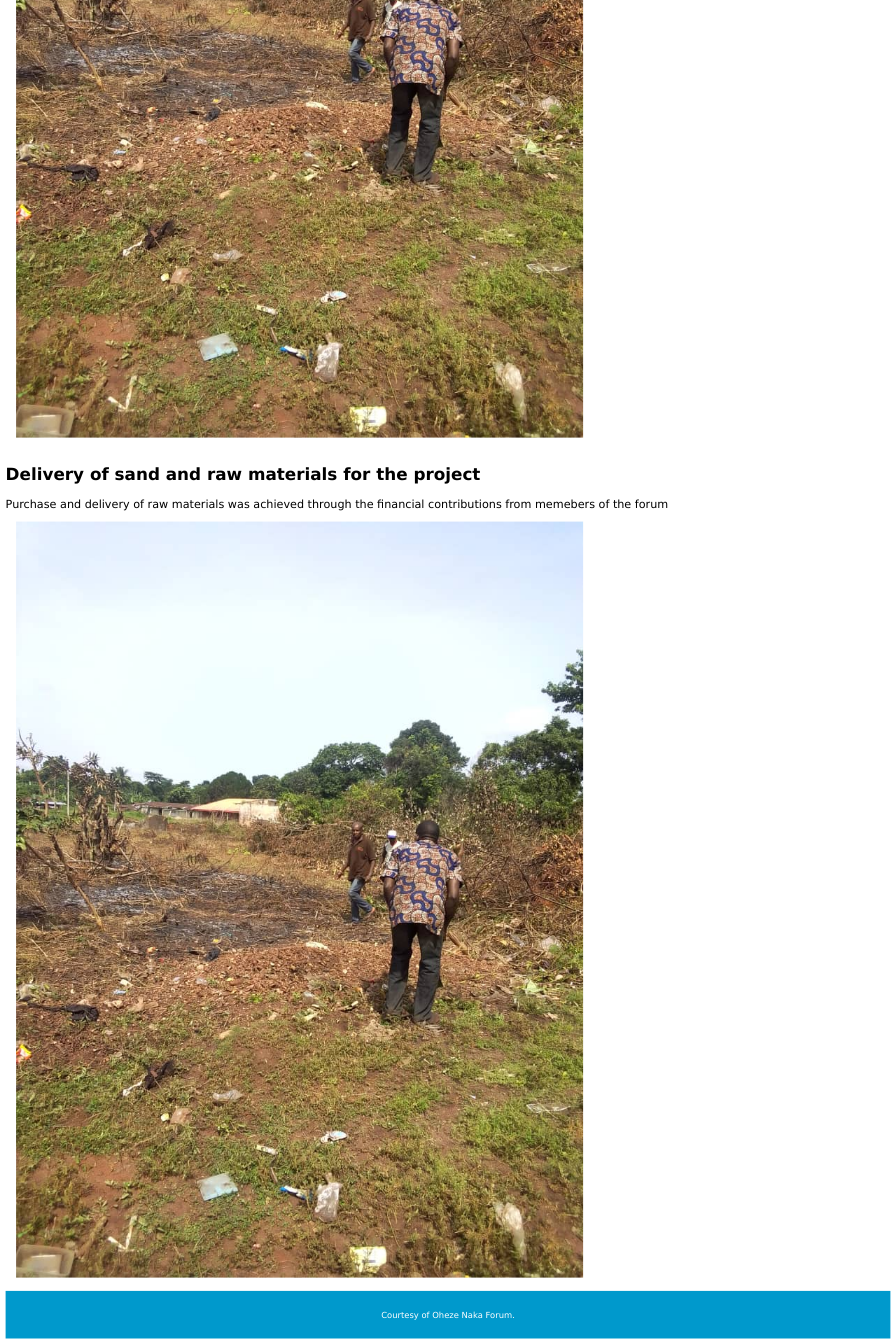
Repository: OtasowieRotimiOsifo/oheze-naka-forum
Page: projects_update_info.html
An editor plug-in stored every save of this project. The page is shown before and after the next save, followed by the edit.
The browser window is 1280 px wide. The pictures show the part of the page from y = 863 to 2783 px (the page is 2783 px tall), at 70% of full size.

Above is the page before, as saved 2021-07-23 23:39:50.

### projects_update_info.html
<!DOCTYPE html>
<html lang="en">

<meta name="viewport" content="width=device-width, initial-scale=1.0">
<style>
* {
  box-sizing: border-box;
}

.row::after {
  content: "";
  clear: both;
  display: table;
}

[class*="col-"] {
  float: left;
  padding: 15px;
}

html {
  font-family: "Lucida Sans", sans-serif;
}

.header {
  background-color: #9933cc;
  color: #ffffff;
  padding: 15px;
}

.menu ul {
  list-style-type: none;
  margin: 0;
  padding: 0;
}

.menu li {
  padding: 8px;
  margin-bottom: 7px;
  background-color: #33b5e5;
  color: #ffffff;
  box-shadow: 0 1px 3px rgba(0,0,0,0.12), 0 1px 2px rgba(0,0,0,0.24);
}

.menu li:hover {
  background-color: #0099cc;
}

.aside {
  background-color: #4E38A9;
  padding: 15px;
  color: #ffffff;
  text-align: center;
  font-size: 14px;
  box-shadow: 0 1px 3px rgba(0,0,0,0.12), 0 1px 2px rgba(0,0,0,0.24);
}

.footer {
  background-color: #0099cc;
  color: #ffffff;
  text-align: center;
  font-size: 12px;
  padding: 15px;
}

/* For mobile phones: */
[class*="col-"] {
  width: 100%;
}

@media only screen and (min-width: 600px) {
  /* For tablets: */
  .col-s-1 {width: 8.33%;}
  .col-s-2 {width: 16.66%;}
  .col-s-3 {width: 25%;}
  .col-s-4 {width: 33.33%;}
  .col-s-5 {width: 41.66%;}
  .col-s-6 {width: 50%;}
  .col-s-7 {width: 58.33%;}
  .col-s-8 {width: 66.66%;}
  .col-s-9 {width: 75%;}
  .col-s-10 {width: 83.33%;}
  .col-s-11 {width: 91.66%;}
  .col-s-12 {width: 100%;}
}
@media only screen and (min-width: 768px) {
  /* For desktop: */
  .col-1 {width: 8.33%;}
  .col-2 {width: 16.66%;}
  .col-3 {width: 25%;}
  .col-4 {width: 33.33%;}
  .col-5 {width: 41.66%;}
  .col-6 {width: 50%;}
  .col-7 {width: 58.33%;}
  .col-8 {width: 66.66%;}
  .col-9 {width: 75%;}
  .col-10 {width: 83.33%;}
  .col-11 {width: 91.66%;}
  .col-12 {width: 100%;}
}
</style>
<head>
<title> Project Updates </title>
</head>
<body>

<div class="header">
  <h1>Project Updates</h1>
</div>
<div class="row">
  <h2>Primary School Renovation Project</h2>
  <div class="col-8 col-s-9">

      <ul>
        <li>Preparation of land for the construction of a new block of three classrooms</li>
        <li>Purchase of building materials for the construction project</li>
        <li>Moulding of blocks that will be used for the construction</li>
      </ul>
    </div>
  </div>
  <div class="row">
    <h2>Land Preparation</h2>
    <span>Preparation of the parcel of land for the project was performed by the indigenes residing in the village</span>
    <div  class="col-12 col-s-12">
      <img src="project_updates/ground-preparation.jpeg"/>
  </div>
  </div>
  <div class="row">
    <h2>Delivery of sand and raw materials for the project</h2>
    <span>Purchase and delivery of raw materials was achieved through the financial contributions from memebers of the forum</span>
    <div  class="col-12 col-s-12">
      <img src="project_updates/ground-preparation.jpeg"/>
  </div>
  </div>
<div class="footer">
  <p>Courtesy of Oheze Naka Forum.</p>
</div>

</body>
</html>

After the next save:
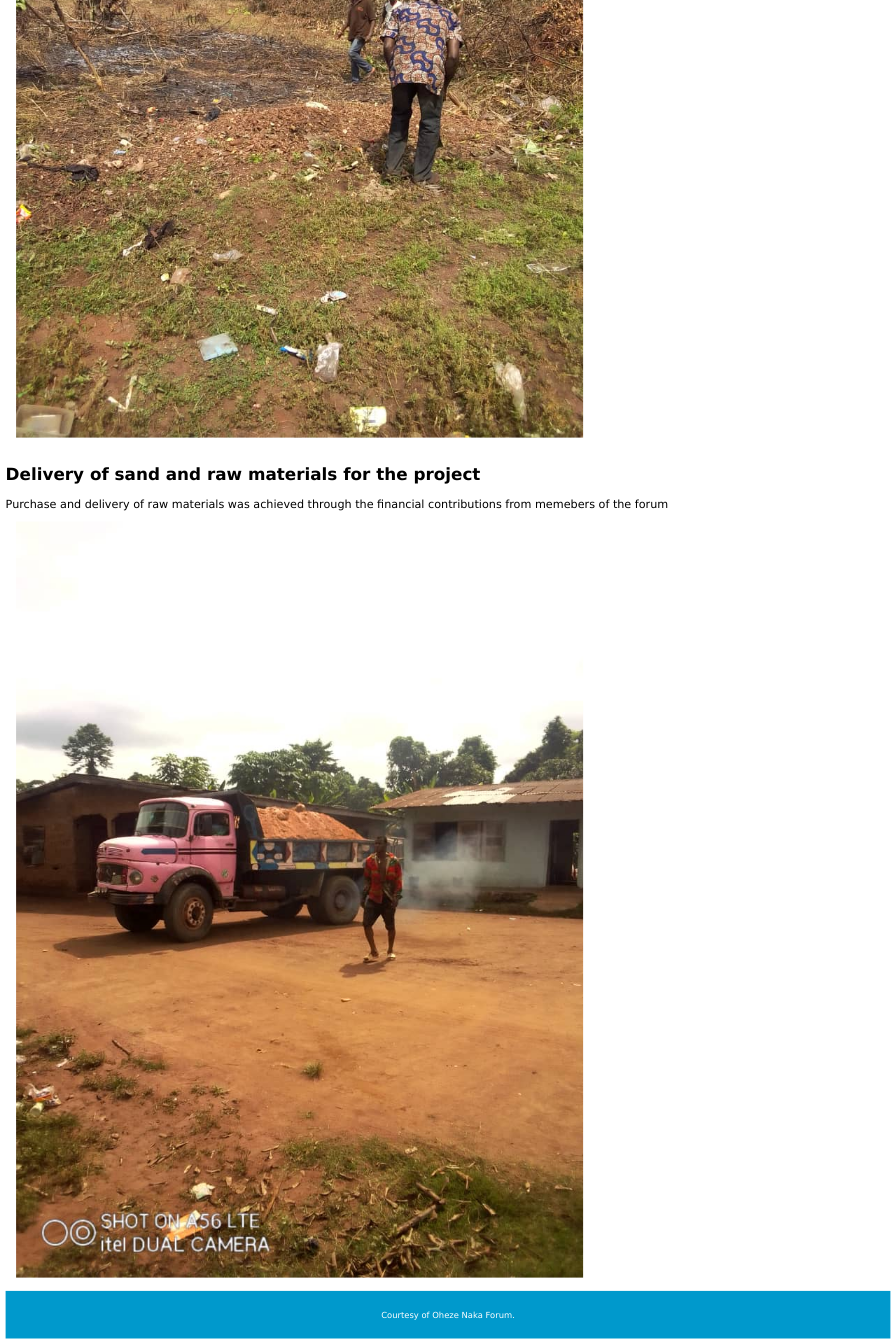
Saved 60 s later.
--- a/projects_update_info.html
+++ b/projects_update_info.html
@@ -129,7 +129,7 @@ html {
     <h2>Delivery of sand and raw materials for the project</h2>
     <span>Purchase and delivery of raw materials was achieved through the financial contributions from memebers of the forum</span>
     <div  class="col-12 col-s-12">
-      <img src="project_updates/ground-preparation.jpeg"/>
+      <img src="project_updates/delivery-of-sand.jpeg"/>
   </div>
   </div>
 <div class="footer">
